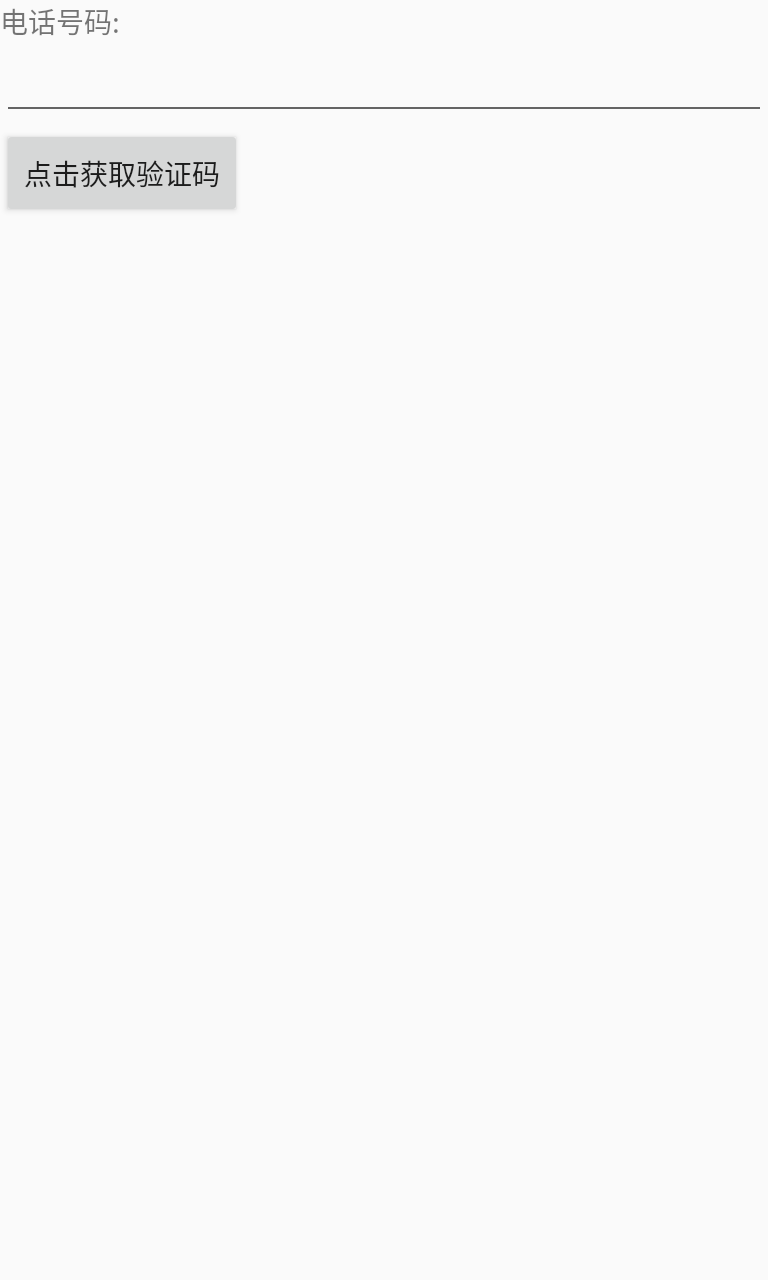
Repository: wzz12/test01
Layout: workspace/androidproject/TestPhoneNum/res/layout/activity_main.xml
The author's editor kept a copy of each file at every save. The layout is drawn from the files as they stood at one save, then again after the next save.
It is drawn on a 768 x 1280 px phone screen (xhdpi) without system bars, with theme AppTheme; the app's code is not run.

Above is the layout before, as saved 2016-08-23 04:29:31.

After the next save:
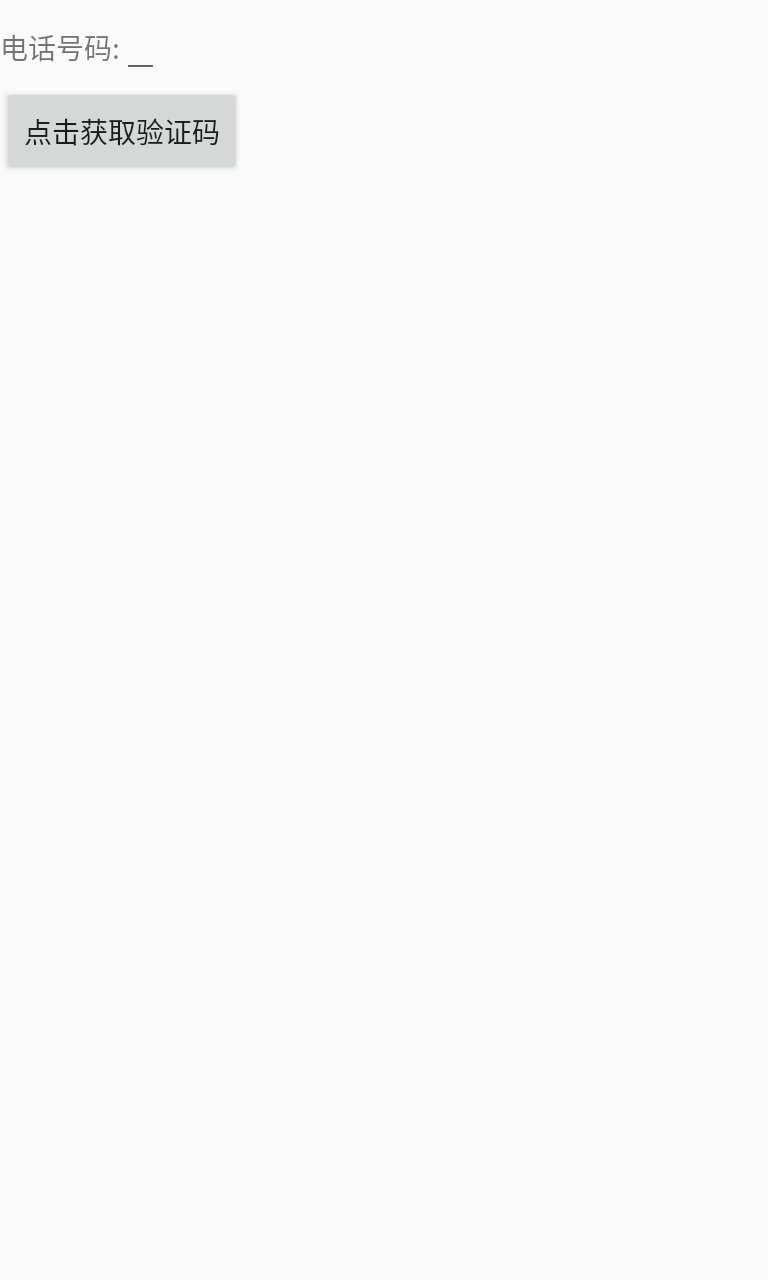
Saved 3 min 34 s later.
--- a/workspace/androidproject/TestPhoneNum/res/layout/activity_main.xml
+++ b/workspace/androidproject/TestPhoneNum/res/layout/activity_main.xml
@@ -3,17 +3,27 @@
     android:layout_width="match_parent"
     android:layout_height="match_parent"
     android:orientation="vertical" >
-
-    <TextView
+    <LinearLayout
+         android:layout_width="wrap_content"
+    android:layout_height="wrap_content"
+    android:orientation="horizontal"
+    android:weightSum="10"
+        >
+        <TextView
         android:layout_width="wrap_content"
         android:layout_height="wrap_content"
-        android:text="电话号码:" />
+        android:text="电话号码:"
+        android:layout_weight="3"/>
 
     <EditText
         android:id="@+id/phN"
-        android:layout_width="match_parent"
+        android:layout_width=""
         android:layout_height="wrap_content"
+        android:layout_weight="7"
         />
+    </LinearLayout>
+
+
 
     <Button
         android:id="@+id/bt"
